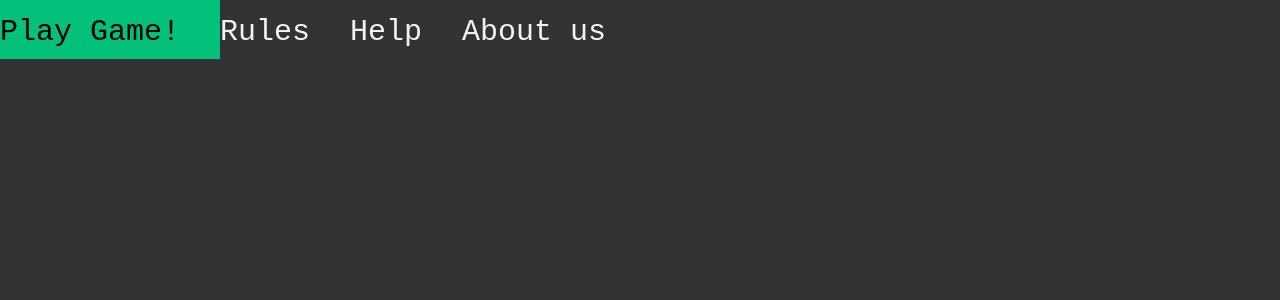
Repository: Ascendrospyder/rock-paper-scissors
Page: rulesPage.html
These files come from the project's save history. The page is drawn as it stood at one moment and after the next save; the edit follows.
The browser window is 1280 px wide. The pictures show the whole page.

Above is the page before, as saved 2022-12-25 23:55:08.

### rulesPage.html
<!DOCTYPE html>
<html lang="en">
<head>
    <meta charset="UTF-8">
    <meta http-equiv="X-UA-Compatible" content="IE=edge">
    <meta name="viewport" content="width=device-width, initial-scale=1.0">
    <title>Rule</title>
    <link rel = "stylesheet" href="./css/navbar.css">
    <link rel = "stylesheet" href="./css/style.css">
</head>
<body>
    <nav>
        <div class = "nav-bar">
          <a class = "play-game" href = "app.html">Play Game!</a>
          <a class = "game-rules" href = "rulesPage.html">Rules</a>
          <a class = "help" href = "helpPage.html">Help</a>
          <a class = "about" href= "aboutPage.html">About us</a>
        </div>
    </nav>

    <h1 class = "heading"
</body>
</html>

### css/navbar.css
.nav-bar {
  /* border : 10px solid black;  */
  background-color : #333;
  overflow: hidden;
  margin-bottom: 30px;
  /* padding-left: 20px; */
}

.nav-bar a {
  font-family: 'Roboto Mono', monospace;
  text-decoration: none;
  float : left;
  color : #f2f2f2;
  text-align: center;
  font-size: 30px;
  padding-right: 40px;
  padding-top: 15px;
  padding-bottom: 10px;
  transition: background-color 0.8s;
}

.nav-bar a:hover {
  background-color: #03c07b;
  color: black;
}

.nav-bar a:active {
  background-color: #03c07b; !important
  color : white;

}

### css/style.css
/* The following code will remove the whitespace at the top of the browser */
* {
  margin: 0;
  padding: 0;
  border: 0;
  outline: 0;
  font-size: 100%;
  vertical-align: baseline;
  background: transparent;
}

body {
  background-color: #333;
}

.title {
  margin-bottom: 100px;
  display: flex;
  justify-content: center;
  align-items: center;
  margin-bottom: 300px;
}

.heading {
  font-size: 50px;
  color : #03c07b;
  font-family: 'Roboto Mono', monospace;
}

.multicoloured-text {
  background-image: linear-gradient(to left, violet, indigo, green, blue, red, orange, red);
  -webkit-background-clip: text;
  -moz-background-clip: text;
  background-clip: text;
  color: transparent;
}

.prompt {
  /* border : 2px solid black;  */
  display : flex;
  justify-content: flex-start;
  margin-bottom: 20px;
}

.prompt-message {
  font-size: 30px;
  color : #03c07b;
  font-family: 'Roboto Mono', monospace;
}
.results {
  border: 5px solid rgb(40, 40, 40);
  flex-wrap: wrap;
  display : flex;
  justify-content: space-between;
  margin-bottom: 15px;
}


.results > button {
  flex : 1 1 0;
  background-color: #333;
  color: white;
  font-size: 30px;
  font-family: 'Roboto Mono', monospace;
  transition: background-color 0.3s;
}

button {
  padding-top: 40px;
  padding-bottom: 40px;
}

button:hover {
  background-color: #03c07b;
  color: black;
}

.score-container {

}

After the next save:
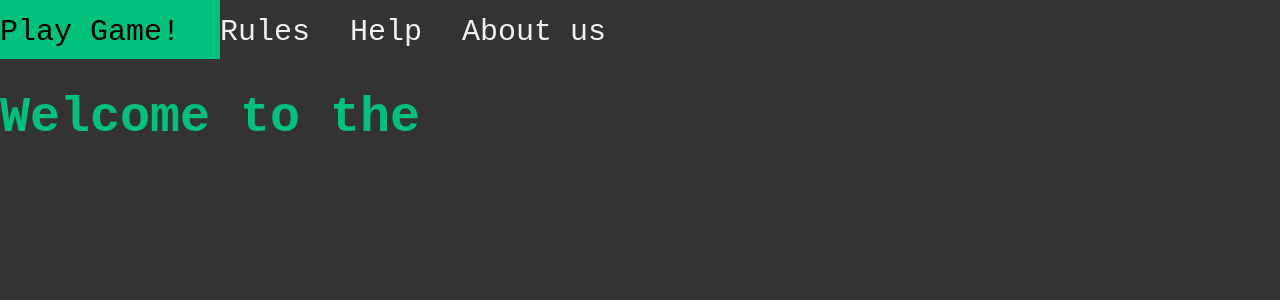
Saved 4 s later.
--- a/rulesPage.html
+++ b/rulesPage.html
@@ -18,6 +18,6 @@
         </div>
     </nav>
 
-    <h1 class = "heading"
+    <h1 class = "heading">Welcome to the </h1>
 </body>
 </html>
